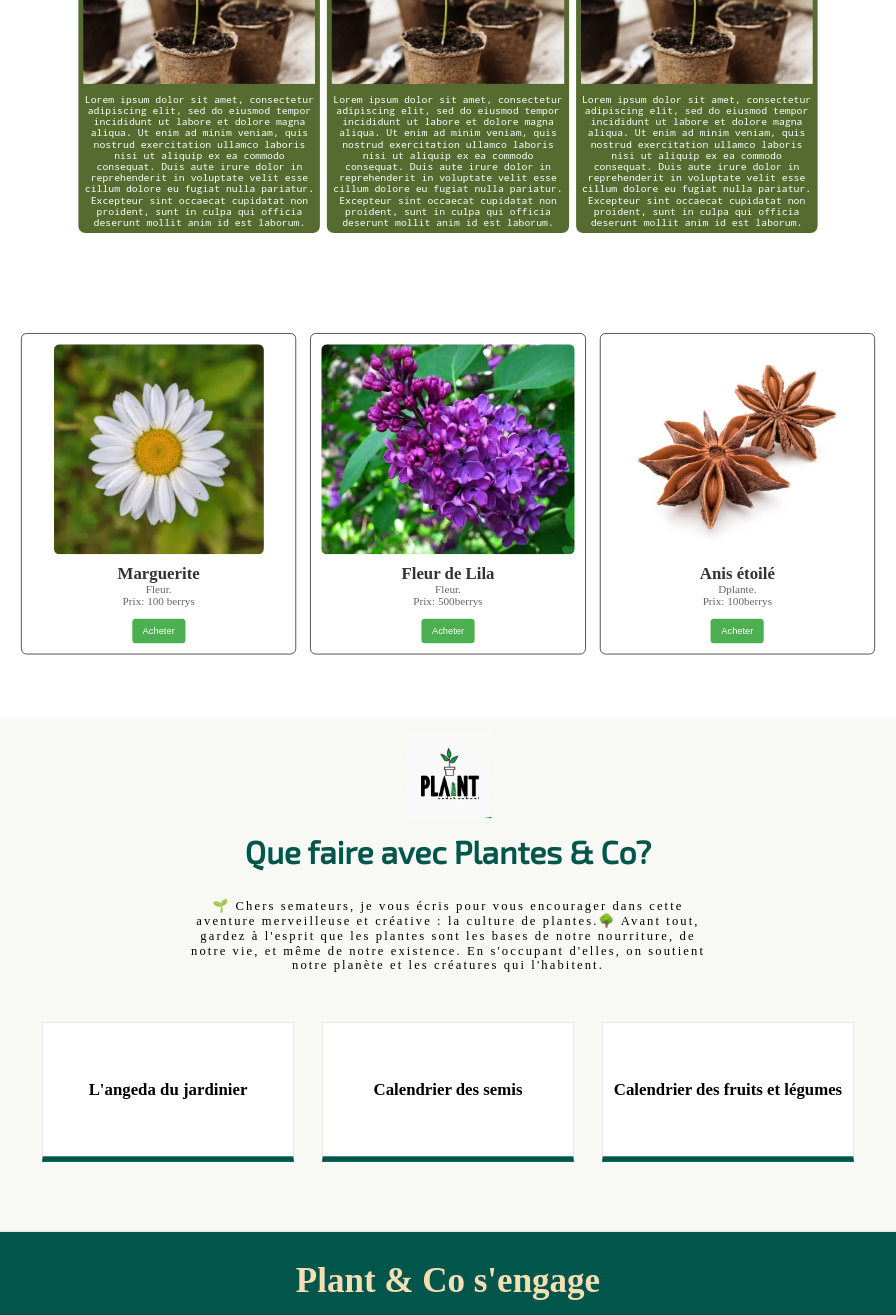
Repository: Flexo874/ISITECH-HTML-CSS
Page: index.html
These files come from the project's save history. The page is drawn as it stood at one moment and after the next save; the edit follows.
The browser window is 1280 px wide. The pictures show the part of the page from y = 1037 to 2957 px (the page is 2915 px tall before and 2957 px after), at 70% of full size.
Some web fonts or font styles are not loaded; a fallback is used.

Above is the page before, as saved 2024-01-03 14:37:40.

After the next save:
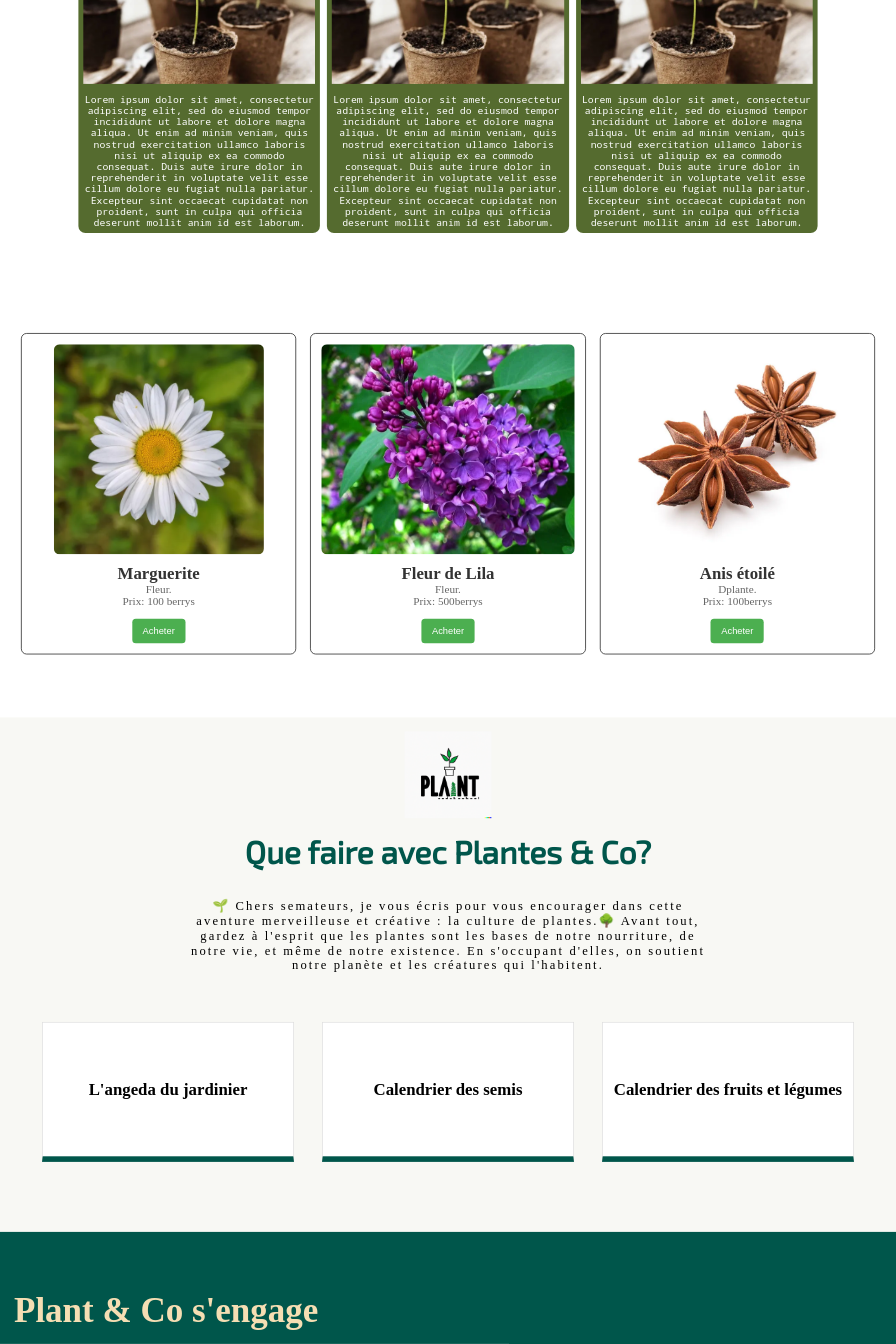
Saved 37 s later.
--- a/index.html
+++ b/index.html
@@ -103,7 +103,7 @@
     </section>
 
     <section class="engagement">
-        <div class="titre">
+        <div class="titre2">
             <h2>Plant & Co s'engage</h2>
         </div>
 
--- a/engagement.css
+++ b/engagement.css
@@ -4,7 +4,10 @@
     background-color:#00564B;
 }
 
-.engagement > .titre h2{
+.titre2{
+    margin-top: 5%;
+}
+.engagement > .titre2 h2{
     font-family: 'Exo 2', sans-serif;
     font-family: 'Macondo', cursive;
     color:wheat;
